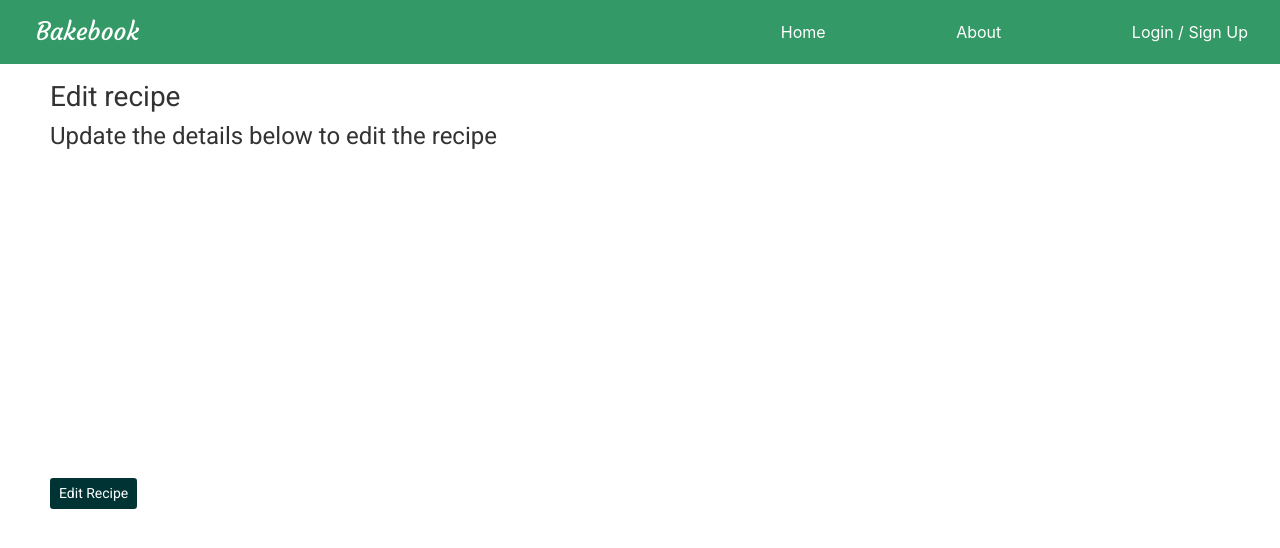
Repository: kmaaallen/bake_book
Page: templates/editrecipe.html
The author's editor kept a record of every edit. The page is drawn from the files as they stood at one moment, then again after the next edit.
The browser window is 1280 px wide. The pictures show the whole page.
Some web libraries are served in a nearby version. The template is drawn by Flask 3. The application's start-up code is not run. The template is opened directly, without the code that normally fills it, so the values that code supplies are empty.

Above is the page before.

After the next edit:
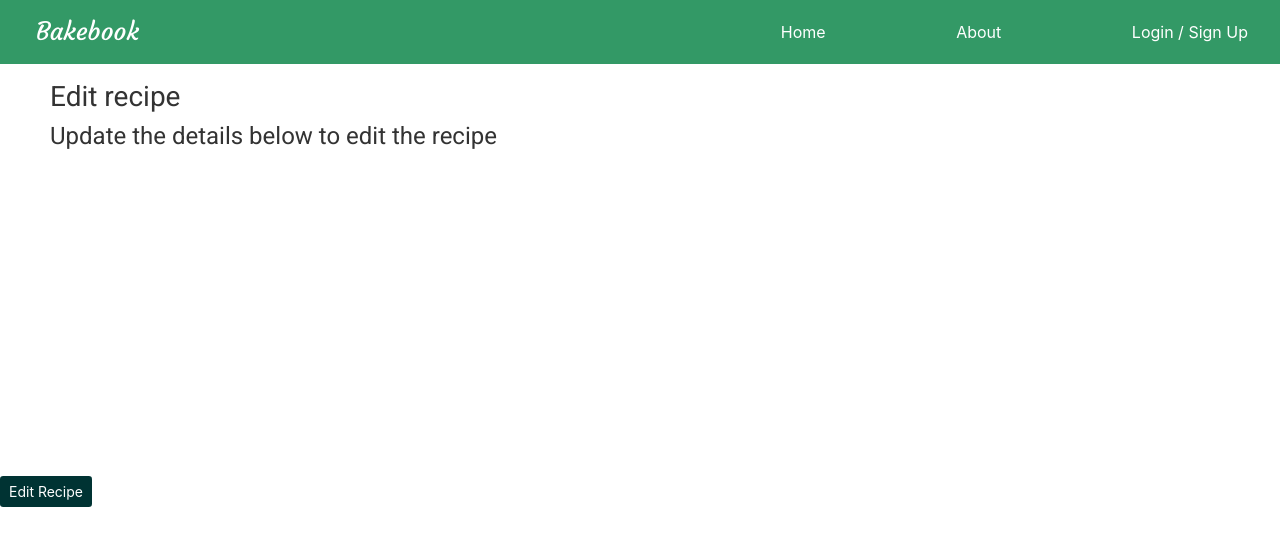
The edit:
--- a/templates/editrecipe.html
+++ b/templates/editrecipe.html
@@ -19,7 +19,7 @@
         <div>
         {{ form.recipe_url.label }}
         </div>
-        <div>
+        <divclass="input-div-width">
         {{ form.recipe_url}}
         </div>
         <img class="preview-image" id="edit_preview">

After the 5 edits that followed:
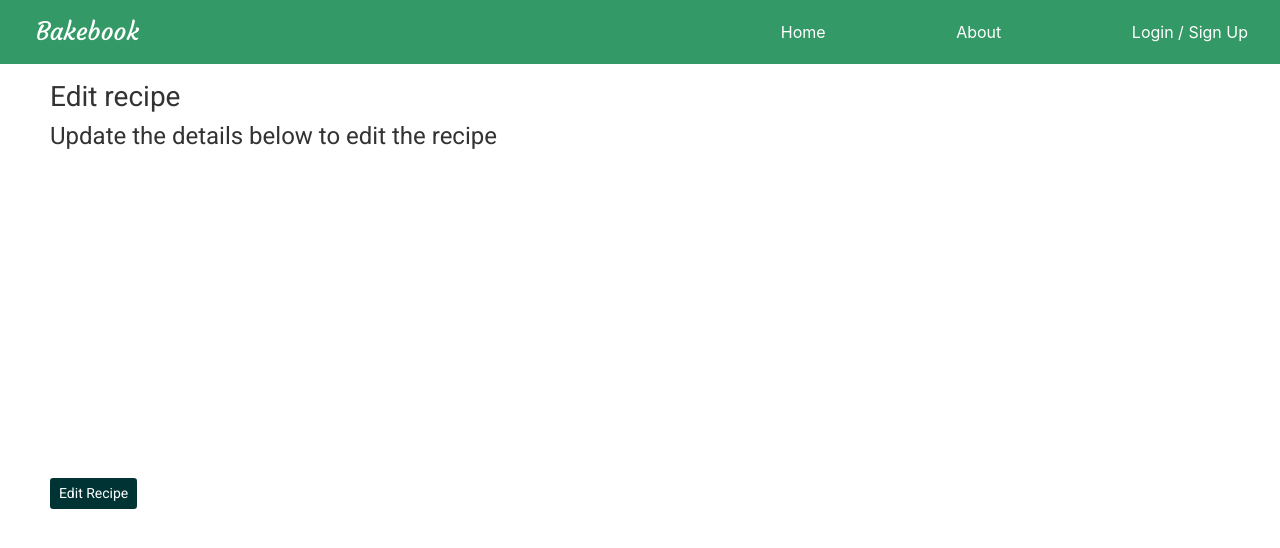
The 5 edits are shown as one change because 4 left the picture as it was.
The edit:
--- a/templates/editrecipe.html
+++ b/templates/editrecipe.html
@@ -19,31 +19,31 @@
         <div>
         {{ form.recipe_url.label }}
         </div>
-        <divclass="input-div-width">
+        <div class="input-div-width">
         {{ form.recipe_url}}
         </div>
         <img class="preview-image" id="edit_preview">
         <div>
        {{ form.makes.label }}
         </div>
-        <div>
+        <div class="input-div-width">
         {{ form.makes(placeholder = "How many/much does this recipe make?") }}
         </div>
         <div>
         {{ form.takes.label }}
         </div>
-         <div>
+         <div class="input-div-width">
         {{ form.takes(placeholder = "How long does this recipe take to make?") }}
         </div>
         {{ form.ingredients.label }} <a class="btn"
             id="addNewIngredient"><i class="material-icons">add</i></a>
-        <div id="ingredients">
+        <div id="ingredients" class="input-div-width">
             {% for ingredient in form.ingredients.data %}
             <div><input required type='text' value='{{ingredient}}' class='ingredients' name='ingredients'></input><a class='btn' onClick='removeInput(this)'><i class='material-icons'>delete</i></a></div>
             {% endfor %}
         </div>
         {{ form.method.label }} <a class="btn" id="addNewStep"><i class="material-icons">add</i></a>
-        <div id="method">
+        <div id="method" class="input-div-width">
             {% for step in form.method.data %}
             <div><input required type='text' value='{{step}}' class='method' name='method'></input><a class='btn' onClick='removeInput(this)'><i class='material-icons'>delete</i></a></div>
             {% endfor %}
